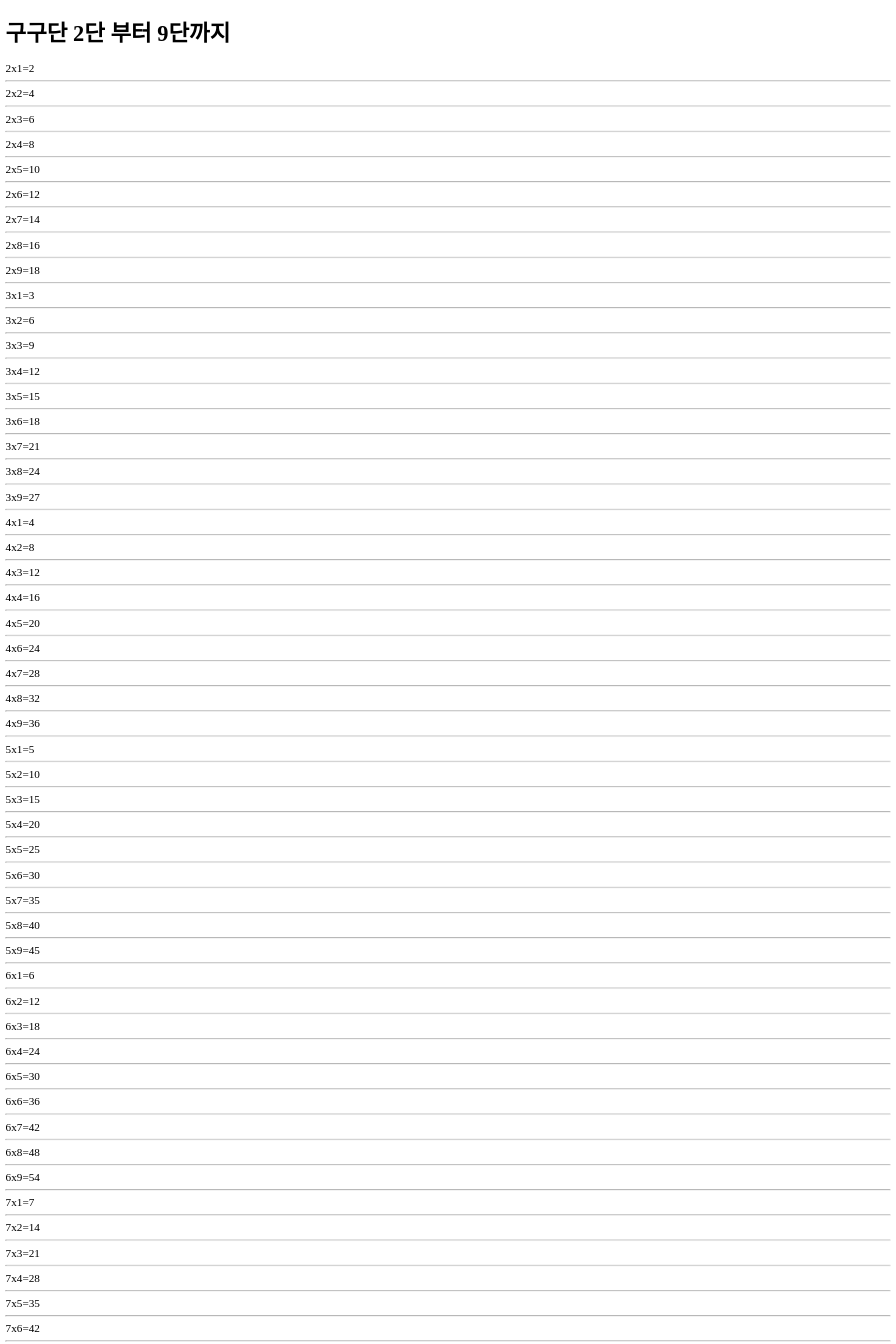
Repository: hyeongu135-ui/Jsp2026
Page: http://localhost/chapter01/test02.jsp
These files come from the project's save history. The page is drawn as it stood at one moment and after the next save; the edit follows.
The browser window is 1280 px wide. The pictures show the part of the page from y = 0 to 1920 px (the page is 2723 px tall before and 720 px after), at 70% of full size.
The page is served by Tomcat 9.

Above is the page before, as saved 2026-10-16 04:26:57.

After the next save:
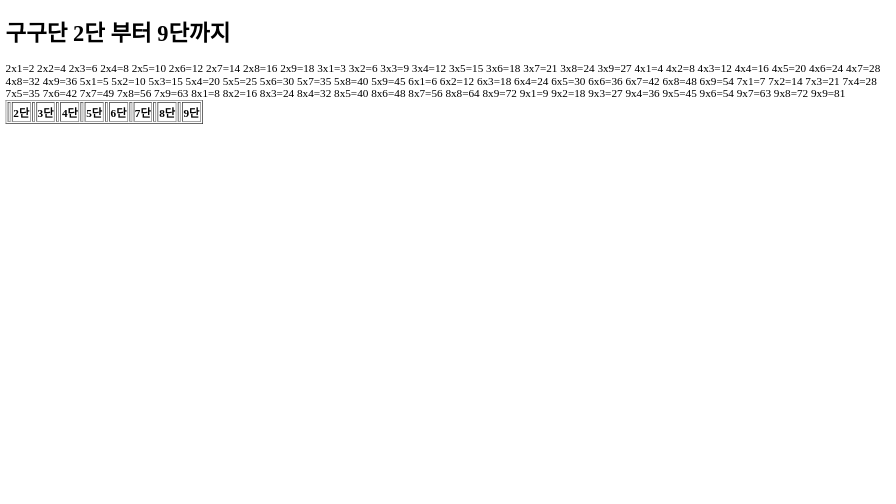
Saved 13 s later.
--- a/chapter01/src/main/webapp/test02.jsp
+++ b/chapter01/src/main/webapp/test02.jsp
@@ -20,7 +20,7 @@
 		<%for (int j = 1; j < 10; j++) {
 			int sum = (i * j);%>
 
-			<%=i + "x" + j + "=" + sum%><br><hr>
+			<%=i + "x" + j + "=" + sum%>
 
 		<%}%></td>
 
